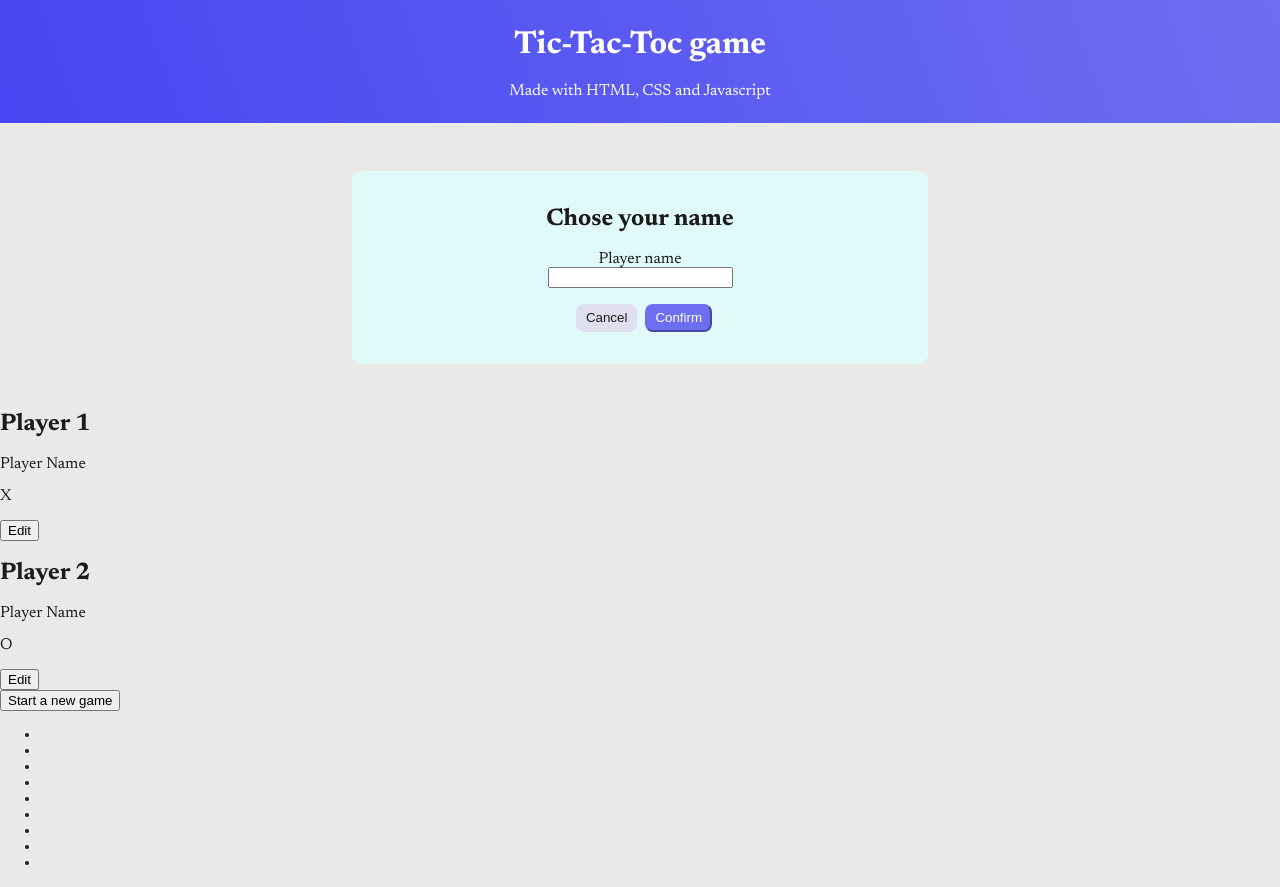
Repository: MicTomm/Tic-tac-toe-game
Page: index.html
An editor plug-in stored every save of this project. The page is shown before and after the next save, followed by the edit.
The browser window is 1280 px wide. The pictures show the whole page.

Above is the page before, as saved 2023-06-22 23:46:30.
Not found: js-code

### index.html
<!DOCTYPE html>
<html lang="en">

<head>
    <meta charset="UTF-8">
    <meta name="viewport" content="width=device-width, initial-scale=1.0">
    <title>Tic-Tac-Toe</title>
    <link rel="preconnect" href="https://fonts.googleapis.com">
    <link rel="preconnect" href="https://fonts.gstatic.com" crossorigin>
    <link href="https://fonts.googleapis.com/css2?family=Newsreader:wght@400;700&display=swap" rel="stylesheet">
    <link href="/styles.css" rel="stylesheet">
    <script src="js-code" defer></script>
</head>

<body>
    <header id="main-header">
        <h1>Tic-Tac-Toc game</h1>
        <p>Made with HTML, CSS and Javascript</p>
    </header>
    <main>
        <aside>
            <header id="id="aside-header>
                <h2>Chose your name</h2>
            </header>
            <form>
                <div id="aside-input-container">
                    <label for="choosing-player-name">Player name</label>
                    <input type="text" id="choosing-player-name">
                </div>
                <div id="aside-buttons-container">
                    <button type="button" class="btn alternative-btn">Cancel</button>
                    <button type="submit" class="btn">Confirm</button>
                </div>
            </form>
        </aside>
        <section id="game-configuration">
            <article>
                <div id="player1-container">
                    <h2>Player 1</h2>
                    <p>Player Name</p>
                    <p>X</p>
                    <button>Edit</button>
                </div>
            </article>
            <article>
                <div id="player2-container">
                    <h2>Player 2</h2>
                    <p>Player Name</p>
                    <p>O</p>
                    <button>Edit</button>
                </div>
            </article>
        </section>
        <section id="game-execution">
            <button type="button">Start a new game</button>
            <ul>
                <li></li>
                <li></li>
                <li></li>

                <li></li>
                <li></li>
                <li></li>

                <li></li>
                <li></li>
                <li></li>
            </ul>
        </section>
    </main>

</body>

</html>

### styles.css
body{
    margin: 0;
    background-color: rgb(235, 232, 232);
    font-family: 'Newsreader', serif;
    color: rgb(27, 27, 27);
}

#main-header{
    background: linear-gradient(70deg, rgb(70, 70, 242), rgb(110, 110, 241));
    color: white;
    padding: 0.5rem 5%;
    text-align: center;
}

.btn{
    background-color: rgb(110, 110, 241);
    border-color: rgb(110, 112, 241);
    color: white;
    border-radius: 8px;
    padding: 0.3rem 0.5rem;
}

.alternative-btn{
    background-color: rgb(223, 223, 239);
    border-color: transparent;
    color: rgb(27, 27, 27);
    margin: 0.5rem;
}

.btn:hover{
    background-color:  rgb(127, 127, 233);
    box-shadow: 1px 1px 2px rgb(27, 27, 27);
}

.alternative-btn:hover{
    background-color: rgb(210, 210, 235);
    border-color: rgb(195, 195, 236);
}

aside{
    text-align: center;
    background-color: rgb(224, 250, 250);
    width: 45%;
    margin: 3rem auto;
    border-radius: 0.6rem;
    padding: 1rem 0rem;
}

form{
    display: flex;
    flex-flow: column;

}

form label{
    display: block;
}

form #aside-buttons-container{
    display: flex;
    flex-flow: row;
    justify-content: center;
    align-items: center;
    margin: 0.5rem;
}

After the next save:
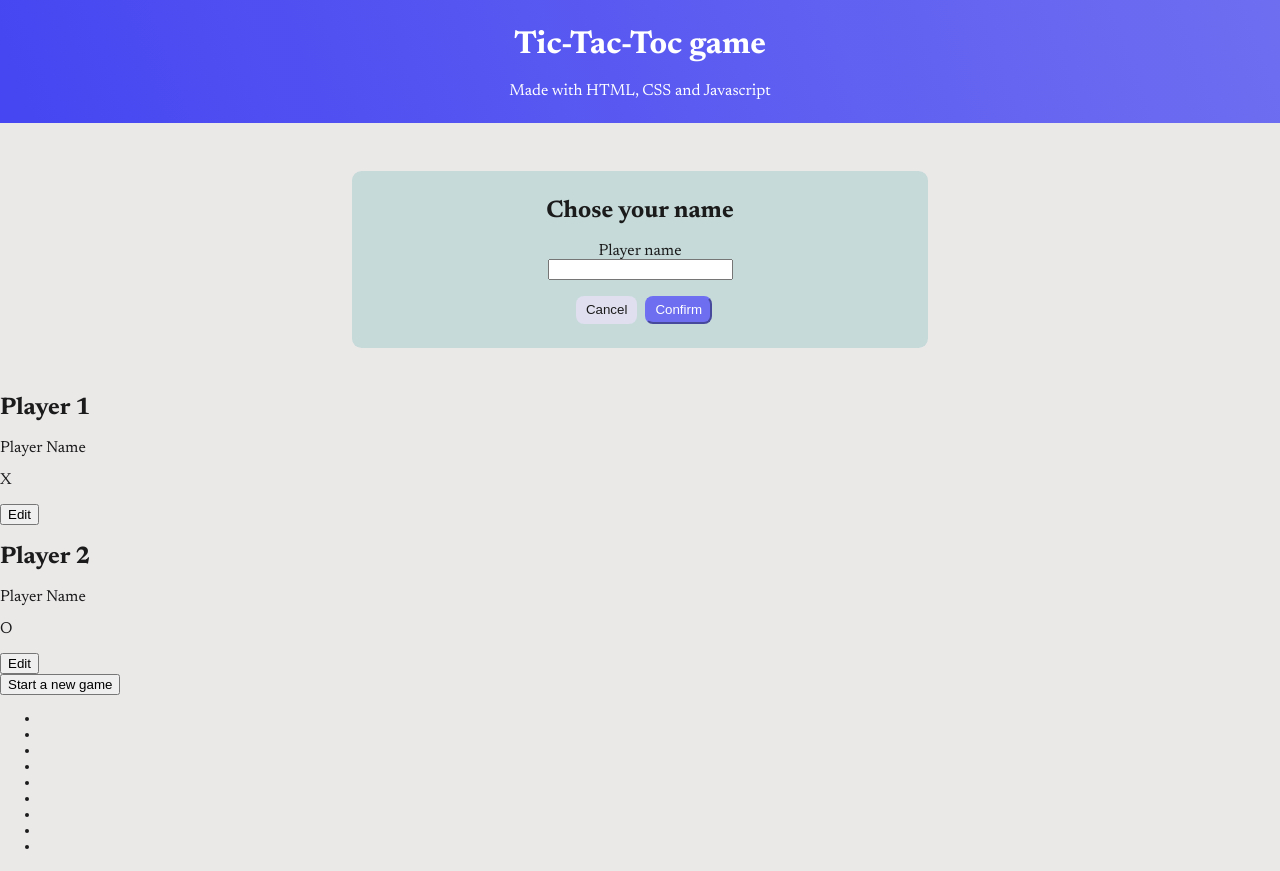
Saved 25 s later.
--- a/styles.css
+++ b/styles.css
@@ -39,11 +39,11 @@ body{
 
 aside{
     text-align: center;
-    background-color: rgb(224, 250, 250);
+    background-color: rgb(198, 218, 218);
     width: 45%;
     margin: 3rem auto;
     border-radius: 0.6rem;
-    padding: 1rem 0rem;
+    padding: 0.5rem 0rem;
 }
 
 form{
